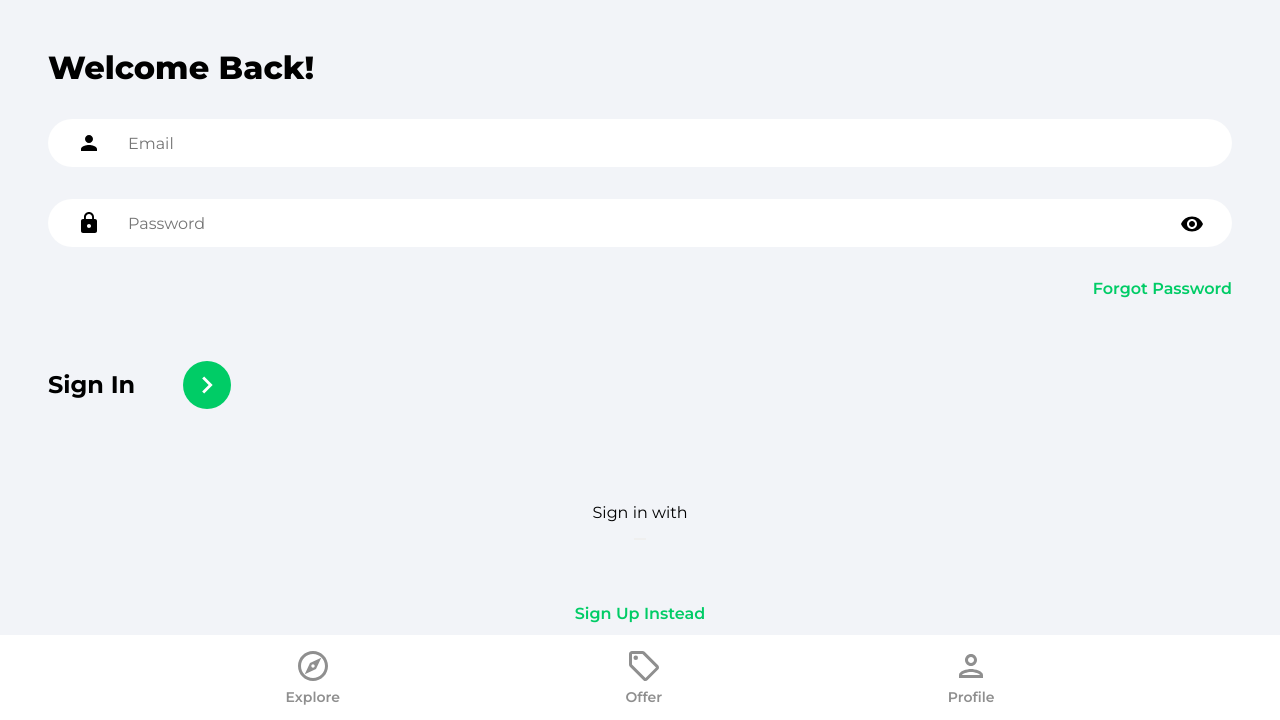
Repository: harvir619/Real-Estate-Market-App
Page: /sign-in
An editor plug-in stored every save of this project. The page is shown before and after the next save, followed by the edit.
The browser window is 1280 px wide. The pictures show the whole page.
The page's requests for data from a server got no answer. The project was rebuilt for these pictures with package versions that can differ from the ones it lists, and the page was loaded fresh each time. No one was signed in, and anything a server would have sent is missing. Also part of the build but not shown: vite.config.js, src/pages/Explore.jsx, src/pages/Profile.jsx, src/pages/ForgotPassword.jsx, src/pages/Offers.jsx, src/pages/SignUp.jsx, src/hooks/useAuthStatus.jsx, src/components/Spinner.jsx and 1 more.

Above is the page before, as saved 2023-06-23 11:29:35.

### index.html
<!DOCTYPE html>
<html lang="en">
  <head>
    <meta charset="UTF-8" />
    <link rel="icon" type="image/svg+xml" href="/public/favicon.ico" />
    <meta name="viewport" content="width=device-width, initial-scale=1.0" />
    <title>Real Estate Marketplace</title>
  </head>
  <body>
    <div id="root"></div>
    <script type="module" src="/src/main.jsx"></script>
  </body>
</html>

### src/App.jsx
import { BrowserRouter as Router, Routes, Route } from 'react-router-dom'
import Explore from './pages/Explore'
import Profile from './pages/Profile'
import ForgotPassword from './pages/ForgotPassword'
import Offers from './pages/Offers'
import SignIn from './pages/SignIn'
import SignUp from './pages/SignUp'
import Navbar from './components/Navbar'
import { ToastContainer } from 'react-toastify'
import 'react-toastify/dist/ReactToastify.css'
import PrivateRoute from './components/PrivateRoute'

function App() {

  return (
    <>
      <Router>
        <Routes>
          <Route path="/" element={<Explore />} />
          <Route path="/profile" element={<PrivateRoute />}>
            <Route path='/profile' element={<Profile/>} />
          </Route>
          <Route path='/forgot-password' element={<ForgotPassword/>} />
          <Route path= '/offers' element={<Offers/>} />
          <Route path='/sign-in' element={<SignIn />} />
          <Route path='/sign-up' element={<SignUp/>} />
        </Routes>
        {<Navbar/>}
      </Router>
      <ToastContainer/>
    </>
  )
}

export default App

### src/pages/SignIn.jsx
import React, { useState } from 'react'
import { Link, useNavigate } from 'react-router-dom'
import {ReactComponent as ArrowRightIcon} from '../assets/svg/keyboardArrowRightIcon.svg'
import visibilityIcon from '../assets/svg/visibilityIcon.svg'
import { getAuth, signInWithEmailAndPassword } from 'firebase/auth'
import {toast} from 'react-toastify'
import OAuth from '../components/OAuth'

function SignIn() {
  const [showPassword, setShowPassword] = useState(false)
  const [formData, setFormData] = useState({
    email: '',
    password: ''
  })
  const { email, password } = formData

  const navigate = useNavigate()

  const onChange = (e) => {
    setFormData((prevState) => {
      return {
        ...prevState,
        [e.target.id]: e.target.value
      }
    })
  }

  const onSubmit = async (e)=>{
    e.preventDefault()

    try {
       const auth = getAuth()

       const userCredential = await signInWithEmailAndPassword(auth,email,password)

       if (userCredential.user) { navigate('/') }
    } catch (error) {
        toast.error('Bad User Credentials')
    }



  }

  return (
    <>
      <div className="pageContainer">
        <header>
          <p className="pageHeader">
            Welcome Back!
          </p>
        </header>

        <form onSubmit={onSubmit}>
            <input
              type="email"
              placeholder="Email"
              id="email"
              value={email}
              onChange={onChange}
              className="emailInput" />

            <div className="passwordInputDiv">
            <input
              type={showPassword ? 'text' : 'password'}
              className='passwordInput'
              placeholder='Password'
              id='password'
              value={password}
              onChange={onChange}
            />

            <img
              src={visibilityIcon}
              alt="show password"
              className="showPassword"
              onClick={() => setShowPassword((prevState) => !prevState)}
            />

          </div>
          <Link to='/forgot-password' className='forgotPasswordLink'>Forgot Password</Link>

          <div className="signInBar">
            <p className="signInText">Sign In</p>
            <button className="signInButton">
              <ArrowRightIcon fill="#ffffff" width="34px" height="34px" />
            </button>

          </div>

        </form>

        <OAuth/>

        <Link to='/sign-up' className='registerLink'>
          Sign Up Instead
        </Link>

      </div>
    </>
  )
}

export default SignIn

### src/components/Navbar.jsx
import React from 'react'
import { useNavigate, useLocation } from 'react-router-dom'
import { ReactComponent as OfferIcon } from '../assets/svg/localOfferIcon.svg'
import {ReactComponent as ExploreIcon} from '../assets/svg/exploreIcon.svg'
import {ReactComponent as PersonOutlineIcon} from '../assets/svg/personOutlineIcon.svg'


function Navbar() {
    const navigate = useNavigate()
    const location = useLocation()

    const pathMatchRoute = (route) => {
        if (route === location.pathname) {
            return true;
        }
    }

  return (
      <footer className="navbar">
          <nav className="navbarNav">
              <ul className="navbarListItems">
                  <li className="navbarListItem" onClick={() => navigate('/')}>
                      <ExploreIcon fill={pathMatchRoute('/')?'#2c2c2c':'#8f8f8f'}
                        //   className="navbarIcon"
                          width='36px' height='36px' />
                      <p className={pathMatchRoute('/')?'navbarListItemNameActive':'navbarListItemName'}>Explore</p>
                  </li>
                  <li className="navbarListItem" onClick={()=>navigate('/offers')}>
                      <OfferIcon fill={pathMatchRoute('/offers')?'#2c2c2c':'#8f8f8f'}
                        //   className="navbarIcon"
                          width='36px' height='36px' />
                      <p className={pathMatchRoute('/offers')?'navbarListItemNameActive':'navbarListItemName'}>Offer</p>
                  </li>
                  <li className="navbarListItem" onClick={()=>navigate('/profile')}>
                      <PersonOutlineIcon fill={pathMatchRoute('/profile')?'#2c2c2c':'#8f8f8f'}
                        //   className="navbarIcon"
                          width='36px' height='36px' />
                      <p className={pathMatchRoute('/profile')?'navbarListItemNameActive':'navbarListItemName'}>Profile</p>
                  </li>

              </ul>
          </nav>
      </footer>
  )
}

export default Navbar

### src/firebase.config.js
// Import the functions you need from the SDKs you need
import { initializeApp } from "firebase/app";
import { getAnalytics } from "firebase/analytics";
import {getFirestore} from 'firebase/firestore'

// TODO: Add SDKs for Firebase products that you want to use
// https://firebase.google.com/docs/web/setup#available-libraries

// Your web app's Firebase configuration
// For Firebase JS SDK v7.20.0 and later, measurementId is optional
const firebaseConfig = {
  apiKey: "AIzaSyD_tntRlN8BoW2ssiMn09ssCCiIGQ55UyA",
  authDomain: "real-estate-marketplace-c63aa.firebaseapp.com",
  projectId: "real-estate-marketplace-c63aa",
  storageBucket: "real-estate-marketplace-c63aa.appspot.com",
  messagingSenderId: "717668467746",
  appId: "1:717668467746:web:a4bf5a67117ac50ae7367b",
  measurementId: "G-0ZXLQQVZVG"
};

// Initialize Firebase
const app = initializeApp(firebaseConfig);
const analytics = getAnalytics(app);

export const db = getFirestore()

### src/components/OAuth.jsx
import { useLocation, useNavigate, useNavigation } from 'react-router-dom'
import { getAuth, signInWithPopup, GoogleAuthProvider } from 'firebase/auth'
import { doc, setDoc, getDoc } from 'firebase/firestore'
import { db } from '../firebase.config'
import { toast } from 'react-toastify'
import googleIcon from '../assets/svg/googleIcon.svg'


function OAuth() {
    const navigate = useNavigate()
    const location = useLocation()


  return (
      <div className='socialLogin'>
          <p>Sign {location.pathname==='/sign-up'?'up':'in'} with</p>
          <button className='socialIcon div'></button>
    </div>
  )
}

export default OAuth

Loaded but not shown: src/main.jsx (common file); src/index.css (common file)

After the next save:
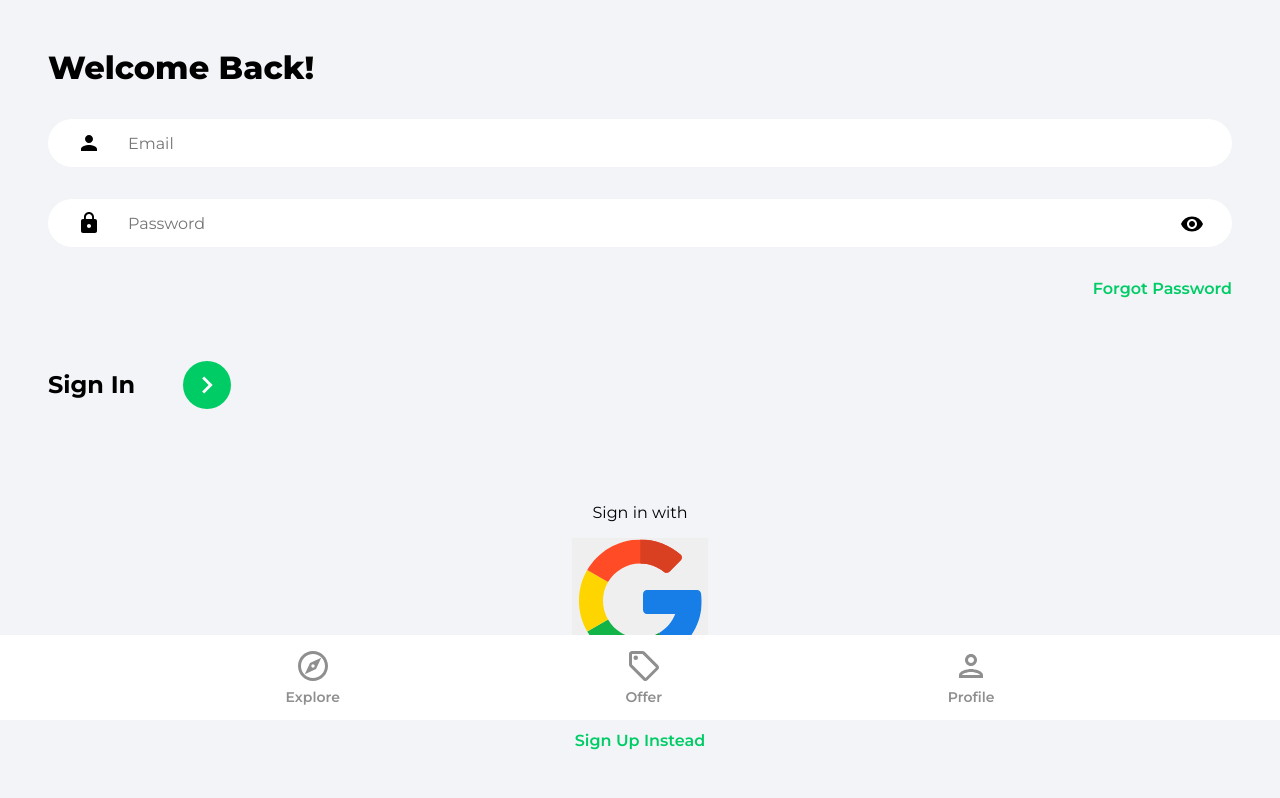
Saved 18 s later.
--- a/src/components/OAuth.jsx
+++ b/src/components/OAuth.jsx
@@ -14,7 +14,9 @@ function OAuth() {
   return (
       <div className='socialLogin'>
           <p>Sign {location.pathname==='/sign-up'?'up':'in'} with</p>
-          <button className='socialIcon div'></button>
+          <button className='socialIcon div'>
+              <img src={googleIcon} alt="google" />
+          </button>
     </div>
   )
 }
